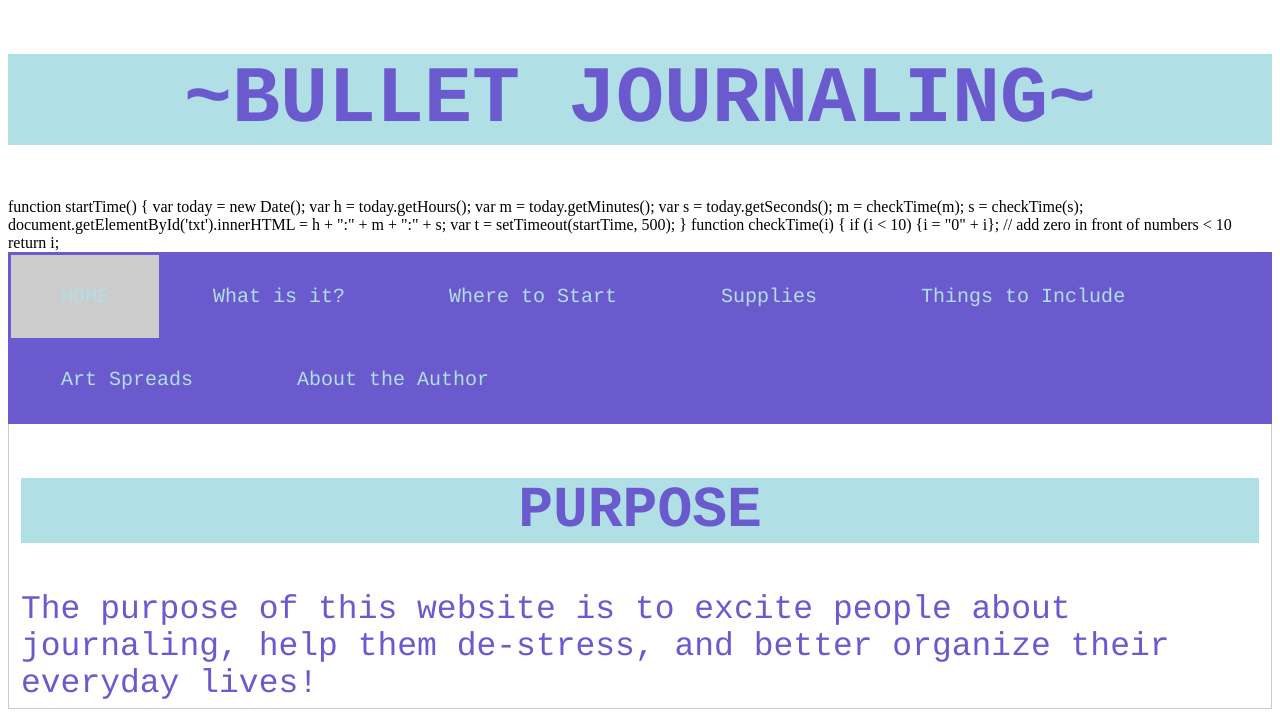
Repository: m-e-l-i-s-s-a/m-e-l-i-s-s-a.github.io
Page: journaling/index.html
The author's editor kept a record of every edit. The page is drawn from the files as they stood at one moment, then again after the next edit.
The browser window is 1280 px wide. The pictures show the whole page.

Above is the page before.

### journaling/index.html
<!doctype html>
  <html lang="en">
       <head>
           <meta charset="utf-8">
           <title>journaling site</title>
       </head>
       <body>

           <h1>
            ~BULLET JOURNALING~
          </h1>
          <p:o>
          function startTime() {
          var today = new Date();
          var h = today.getHours();
          var m = today.getMinutes();
          var s = today.getSeconds();
          m = checkTime(m);
          s = checkTime(s);
          document.getElementById('txt').innerHTML =
          h + ":" + m + ":" + s;
          var t = setTimeout(startTime, 500);
            }
          function checkTime(i) {
          if (i < 10) {i = "0" + i};  // add zero in front of numbers < 10
            return i;
          </p:o>
          <div class="tab">
          <button class="tablinks" onclick="openStep(event, 'HOME')"  id="defaultClose">HOME</button>
          <button class="tablinks" onclick="openStep(event, 'What is it?')">What is it?</button>
          <button class="tablinks" onclick="openStep(event, 'Where to Start')">Where to Start</button>
          <button class="tablinks" onclick="openStep(event, 'Supplies')">Supplies</button>
          <button class="tablinks" onclick="openStep(event, 'Things to Include')">Things to Include</button>
          <button class="tablinks" onclick="openStep(event, 'Art Spreads')">Art Spreads</button>
          <button class="tablinks" onclick="openStep(event, 'About the Author')">About the Author</button>
          </div>

          <div id="HOME" class="tabcontent">
          <h2>
          PURPOSE
          </h2>
          <p1>
          The purpose of this website is to excite people about journaling, help them de-stress, and better organize their everyday lives!</p1>
          <br>
          </div>

          <div id="What is it?" class="tabcontent">
          <h3>
          WHAT IS BULLET JOURNALING?
          </h3>
          <p2>
          Bullet journaling is a customizable way to organize your life and make it more managable. Some bullet journals are very focused on planning and efficiency, while others are artsy and fun. Any which way, a bullet journal is meant to be a planner that you can do whatever you want with!
          <br>
          </p2>
          <img src="mini.journal.jpg" alt="efficent" style="width:400px;height:400px;" class="right">
          <img src="artsy_journal.jpg" alt="art" style="width:400px;height:400px;" class="right">
          </div>

          <div id="Where to Start" class="tabcontent">
          <h4>
          WHERE TO START
          </h4>
          <p3>
          To start, you have to make sure you choose the right journal for you.
          <br>
          </p3>
          <img src="1917.dotted.jpg" alt="1917" style="width:500px;height:500px;" class="right">
          <img src="moleskine.dotted.jpg" alt="mole.cutie" style="width:500px;height:500px;" class="right">
          <img src="ghost.grid.jpg" alt="ghost" style="width:450px;height:500px;" class="right">
          <pbook>
          <br>
          Above are three options that many expirenced  folks use!
          <br>
          </pbook>
          <p1a>
          <br>
          The journal(left) known as the Leuchtturm 1917
          is considered a top choice by most.
          You can purchase it for $20 on amazon
          but there are cheaper options shown here too.
          Many people like this journal because of
          the many perks, like thick, dotted and
          numbered pages, label stickers, and
          many colors to choose from!
          <br>
          </p1a>
          <p1b>
          <br>
          The journal(middle) is called the Moleskine Dotted Hardcover journal.
          Many people consider this journal to be well made and very customizable.
          You can purchase it for $18 on amazon
          so slightly cheaper than the Leuchtturm.
          This journal is a pretty blank slate, making it well liked among the artsy type for journaling.
          The pages are thick, making them perfect for pens and markers.
          The artist in you will really love this!
          <br>
          </p1b>
          <p1c>
          <br>
          The journal(right) is called the Ghost Grid Dot journal.
          This journal isn't very popular due to the loud cover art, but it's a great place to start for beginners.
          You can purchase it for $10 on amazon making it quite affordable.
          This is yet another perk for beginners.
          This journal is spiral bound, which is not usual for bullet journalling, however many people are more comfortable and familiar with spiral notebooks.
          The pages are thick, dotted, and it has built in index pages at the front.
          <br>
          </p1c>
          </div>

          <div id="Supplies" class="tabcontent">
          <h5>
          SUPPLIES
          </h5>
          <p4>
          There are numerous amounts of supplies you can use for journalling, from a few pens to a whole art kit. Here I'll give you some commonly used to get you going!
          <br>
          </p4>
          <hboi>
          <br>
          Fineliners
          <br>
          </hboi>
          <pboi>
          <br>
          Fineliners are markers that come in many different colors that have a very fine tip. Normally used for outlining and writing, they are a staple in most bullet journals.
          <br>
          </pboi>
          <img src="liners.1.jpg" alt="liners.1" style="width:500px;height:500px;">
          <img src="liners.2.jpg" alt="liners.2" style="width:500px;height:500px;">
          <hboiv2>
          <br>
          Pens
          <br>
          </hboiv2>
          <pboiv2>
          <br>
          You probably have countless pens around your house but most journals have thick paper that will work much better with high quality gel pens.
          <br>
          </pboiv2>
          <img src="pens.1.jpg" alt="pens.1" style="width:500px;height:500px;">
          <img src="pens.2.jpg" alt="pens.2" style="width:500px;height:500px;">
          <hboiv3>
          <br>
          Markers
          <br>
          </hboiv3>
          <pboiv3>
          <br>
          Markers are used to color, decorate, and embelish the spreads in your bullet journal. While they aren't necesseary to journalling, they can be a great and exciting edition to yours!
          <br>
          </pboiv3>
          <img src="markers.1.jpg" alt="markers.1" style="width:500px;height:500px;">
          <img src="markers.2.jpg" alt="markers.2" style="width:500px;height:500px;">
          </div>

          <div id="Things to Include" class="tabcontent">
          <h6>
          THINGS TO INCLUDE
          </h6>
          <p5>
          You can include some many things in a bullet journal, but it is common to include calenders, planners, and other organizational spreads. However, there are plenty of things that can give your journal more personality!
          <br>
          </p5>
          <img src="daily.planner.jpg" alt="daily" style="width:500px;height:500px;">
          <img src="monthly.planner.png" alt="monthly" style="width:500px;height:500px;">
          <h1a>
          <br>
          Planners
          </h1a>
          <p2a>
          <br>
          Planners are what bullet journals are all about! They help you organize your life, remember important dates, and everything in between!
          <br>
          </p2a>
          <img src="mood.tracker.1.jpg" alt="mood.1" style="width:500px;height:500px;">
          <img src="mood.tracker.2.png" alt="mood.2" style="width:500px;height:500px;">
          <h1b>
          <br>
          Mood Trackers
          <br>
          </h1b>
          <p2b>
          <br>
          Mood trackers can help you recongize and pick up on behaviors you feel throughtout the month so yu can reflect on yourself and your emotions.
          <br>
          </p2b>
          <img src="habit.tracker.1.jpg" alt="habit.1" style="width:500px;height:500px;">
          <img src="habit.tracker.2.jpg" alt="habit.2" style="width:500px;height:500px;">
          <h1c>
          <br>
          Habit Trackers
          <br>
          </h1c>
          <p2c>
          <br>
          Habit trackers, similar to mood trackers, help you understand and keep track of things you might forget about like water or food intake. Tracking this can help you understand your behaviors and see what you can improve on!
          <br>
          </p2c>
          </div>

          <div id="Art Spreads" class="tabcontent">
          <hbruh>
          ART SPREADS
          </hbruh>
          <p7>
          <br>
          <img src="spread.1.jpg" alt="1" style="width:500px;height:500px;">
          <img src="spread.2.png" alt="2" style="width:500px;height:500px;">
          <img src="spread.3.png" alt="3" style="width:500px;height:500px;">
          <img src="spread.4.jpg" alt="4" style="width:500px;height:500px;">
          <br>
          </p7>
          </div>

          <div id="About the Author" class="tabcontent">
          <h9>
          ABOUT THE AUTHOR
          <br>
          </h9>
          <p8>
          <br>
          The author of this site is a person named Melissa Gomez. She really likes to draw, design, and journal but unforunately, often can't find enough time to dedicate in her everyday life to this.
          <br>
          </p8>
          </div>

          <script>
          function openStep(evt, stepName)
          {
            var i, tabcontent, tablinks;
            tabcontent = document.getElementsByClassName("tabcontent");
            for (i = 0; i < tabcontent.length; i++)
            {
              tabcontent[i].style.display = "none";
            }
            tablinks = document.getElementsByClassName("tablinks");
            for (i = 0; i < tablinks.length; i++)
            {
              tablinks[i].className = tablinks[i].className.replace(" active", "");
            }
            document.getElementById(stepName).style.display = "block";
            evt.currentTarget.className += " active";
          }
          </script>

          <script>
          document.getElementById("defaultClose").click();
          </script>
  </body>

  </html>

  <link href="journaling.css" rel="stylesheet" type="text/css">

### journaling/journaling.css
h1
       {
 	       text-align: center;
 	       font-family: courier;
 	       color: slateblue;
 	       background-color: powderblue;
 	       font-size: 80px;
       }

h2, h3, h4, h5, h6, h7, hbruh, h9
       {
 	       text-align: center;
 	       font-family: courier;
 	       color: slateblue;
 	       background-color: powderblue;
 	       font-size: 58px;
       }

h1a, h1b, h1c, hboi, hboiv2, hboiv3
       {
              text-align: center;
 	       font-family: courier;
 	       color: slateblue;
 	       background-color: powderblue;
 	       font-size: 58px;
       }
p1, p2, p3, p4, p5, p6, p7, p8, pbook
       {
              text-align: center;
              font-family: courier;
              color: slateblue;
              font-size: 33px;
       }

p1a, p1b, p1c, p2a, p2b, p2c, pboi, pboiv2, pboiv3
       {
              text-align: left;
              font-family: courier;
              color: slateblue;
              font-size: 25px;
       }

.tab   {
              overflow: hidden;
              border: 3px solid slateblue;
              background-color: slateblue;
       }

.tab button
       {
              background-color: inherit;
              float: inherit;
              border: none;
              outline: none;
              color: powderblue;
              cursor: pointer;
              padding: 30px 50px;
              transition: 0.3s;
              font-family: courier;
              font-size: 20px
       }

/* Change background color of buttons on hover */
.tab button:hover
       {
              background-color: #ddd;
       }

/* Create an active/current "tab button" class */
.tab .active
       {
              background-color: #ccc;
       }

/* Style the tab content */
.tabcontent
       {
              display: none;
              padding: 6px 12px;
              border: 1px solid #ccc;
              border-top: none;
       }

After the next edit:
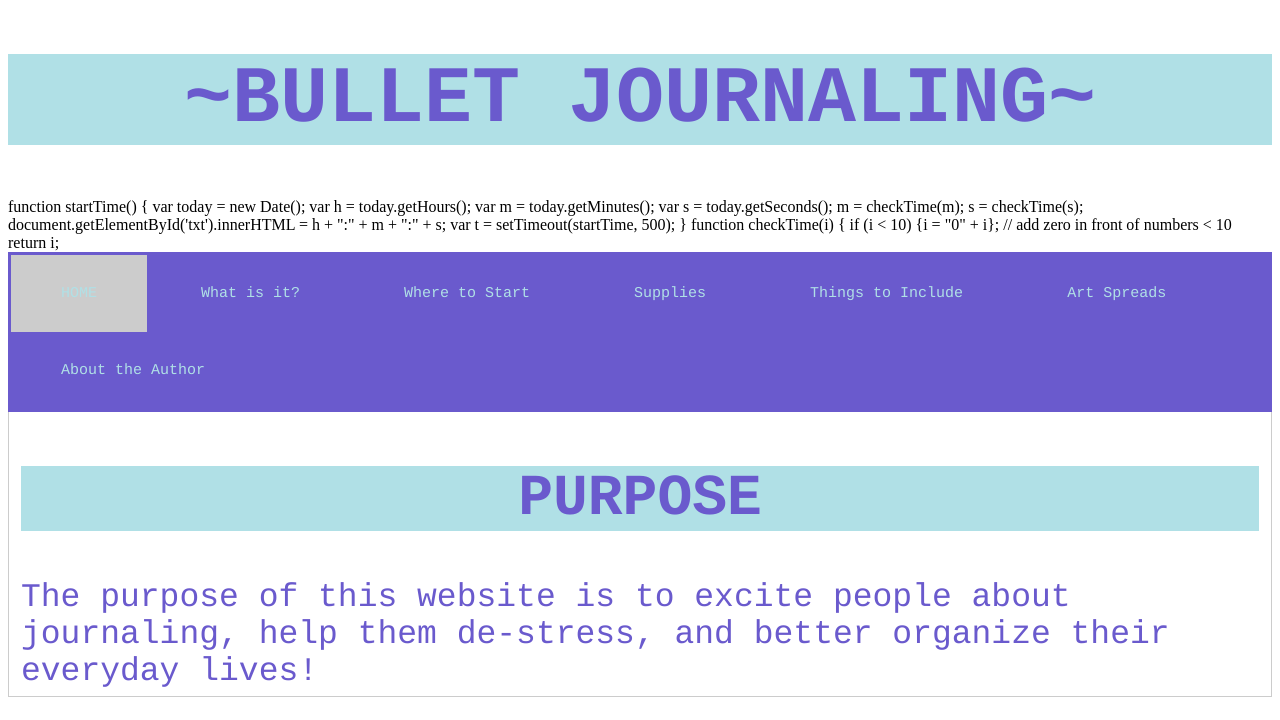
The edit:
--- a/journaling/journaling.css
+++ b/journaling/journaling.css
@@ -57,7 +57,7 @@
               padding: 30px 50px;
               transition: 0.3s;
               font-family: courier;
-              font-size: 20px
+              font-size: 15px
        }
 
 /* Change background color of buttons on hover */
